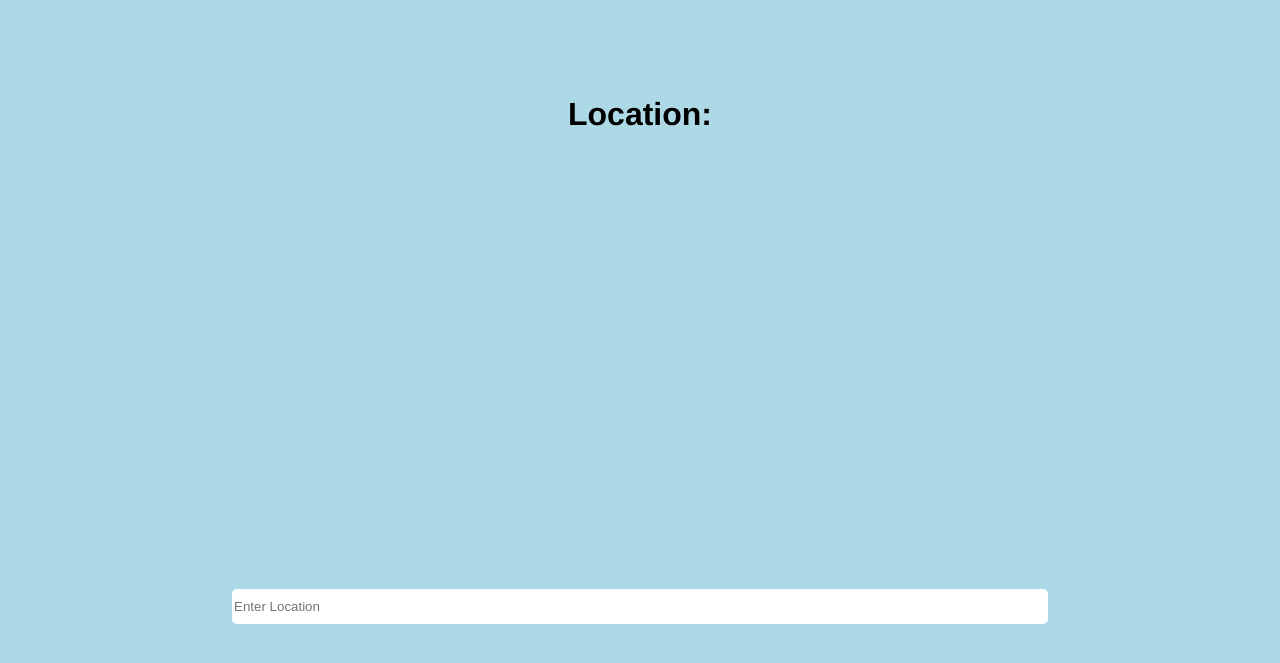
Repository: shaelorch/weather
Page: /
An editor plug-in stored every save of this project. The page is shown before and after the next save, followed by the edit.
The browser window is 1280 px wide. The pictures show the whole page.
The project was rebuilt for these pictures with package versions that can differ from the ones it lists, and the page was loaded fresh each time. The framework's server and built-in components were replaced by stand-ins that run in the browser. Also part of the build but not shown: next.config.js.

Above is the page before, as saved 2023-01-19 11:38:17.

After the next save:
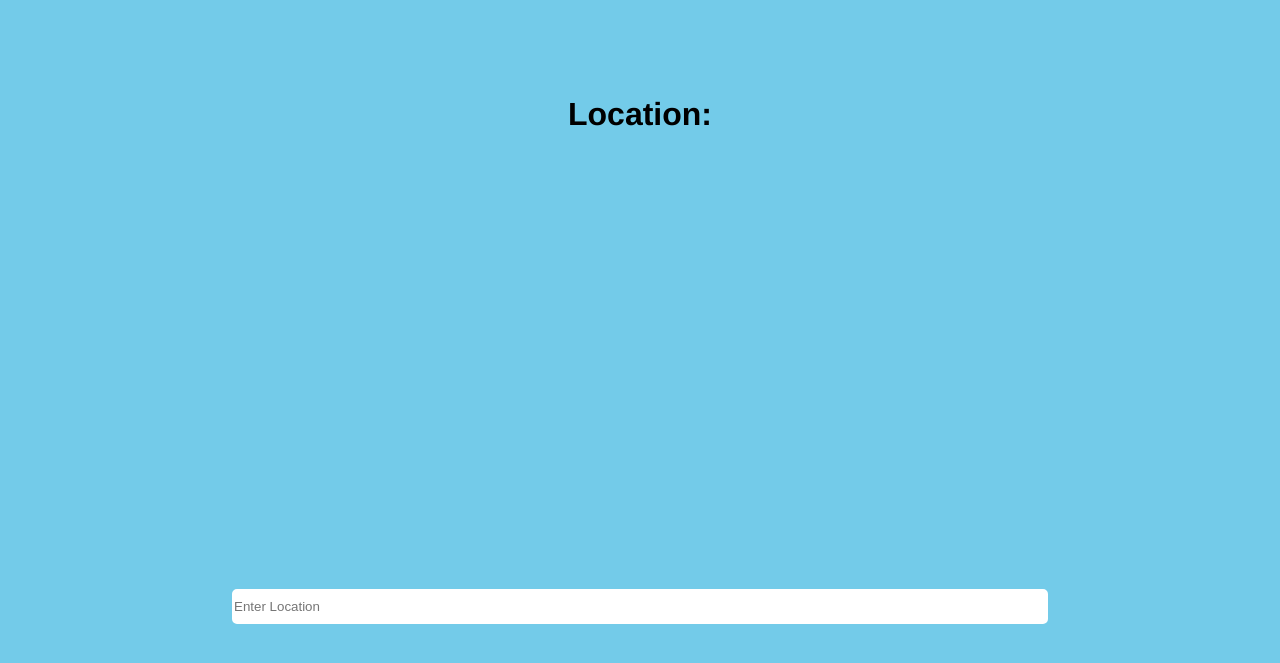
Saved 9 s later.
--- a/styles/Home.module.css
+++ b/styles/Home.module.css
@@ -5,7 +5,7 @@
   align-items: center;
   padding: 6rem;
   min-height: 100vh;
-  background-color:lightblue;
+  background-color:rgb(115, 203, 233);
   background-repeat: no-repeat;
   background-size: cover;
 }
